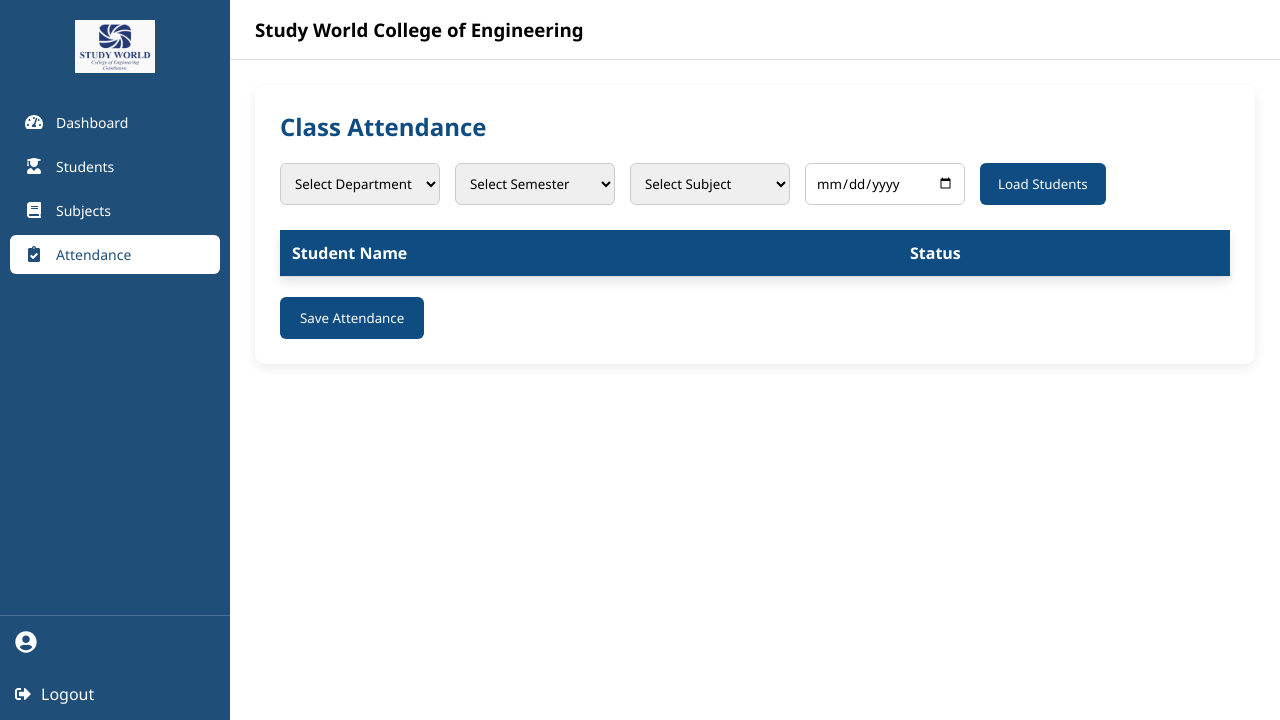
Repository: arthanarieswara/frontend
Page: /attendance
An editor plug-in stored every save of this project. The page is shown before and after the next save, followed by the edit.
The browser window is 1280 px wide. The pictures show the whole page.
The page's requests for data from a server got no answer. The project was rebuilt for these pictures with package versions that can differ from the ones it lists, and the page was loaded fresh each time. No one was signed in, and anything a server would have sent is missing. Also part of the build but not shown: vite.config.js, src/pages/auth/Login.jsx, src/pages/dashboard/Dashboard.css, src/pages/dashboard/Dashboard.jsx, src/pages/departments/Departments.jsx, src/pages/students/Students.css, src/pages/students/Students.jsx, src/pages/faculty/Faculty.css and 7 more.

Above is the page before, as saved 2026-03-27 16:12:08.

After the next save:
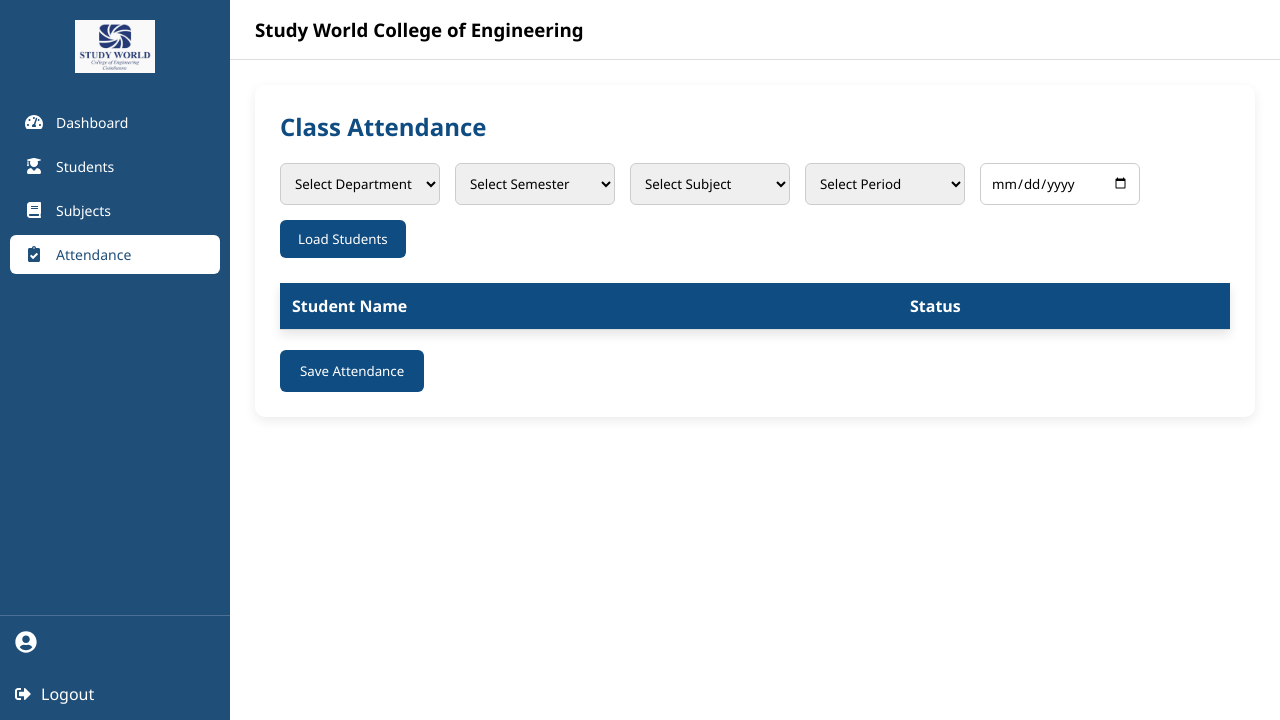
Saved 2 days later.
--- a/src/pages/Attendance/Attendance.jsx
+++ b/src/pages/Attendance/Attendance.jsx
@@ -12,6 +12,7 @@ function Attendance() {
   const [semester, setSemester] = useState("");
   const [subject, setSubject] = useState("");
   const [date, setDate] = useState("");
+  const [period, setPeriod] = useState(""); // ✅ NEW
 
   const [attendance, setAttendance] = useState([]);
   const [loading, setLoading] = useState(false);
@@ -95,8 +96,8 @@ function Attendance() {
   /* ================= SAVE ================= */
 
   const saveAttendance = async () => {
-    if (!subject || !date || attendance.length === 0) {
-      alert("Please select subject, date and load students");
+    if (!subject || !date || !period || attendance.length === 0) {
+      alert("Please select subject, date, period and load students");
       return;
     }
 
@@ -104,9 +105,9 @@ function Attendance() {
 
     try {
       const data = {
-        // ❌ REMOVED HARD CODED VALUES
         subject_id: subject,
         date,
+        period, // ✅ NEW
         attendance,
       };
 
@@ -115,6 +116,11 @@ function Attendance() {
       await api.post("/attendance", data);
 
       alert("✅ Attendance Saved Successfully");
+
+      // OPTIONAL RESET
+      setStudents([]);
+      setAttendance([]);
+      setPeriod("");
 
     } catch (err) {
       console.error("Save Error:", err.response?.data || err.message);
@@ -170,6 +176,19 @@ function Attendance() {
             {subjects.map((s) => (
               <option key={s.id} value={s.id}>
                 {s.name}
+              </option>
+            ))}
+          </select>
+
+          {/* ✅ PERIOD DROPDOWN */}
+          <select
+            value={period}
+            onChange={(e) => setPeriod(e.target.value)}
+          >
+            <option value="">Select Period</option>
+            {[1,2,3,4,5,6,7,8].map((p) => (
+              <option key={p} value={p}>
+                Period {p}
               </option>
             ))}
           </select>
